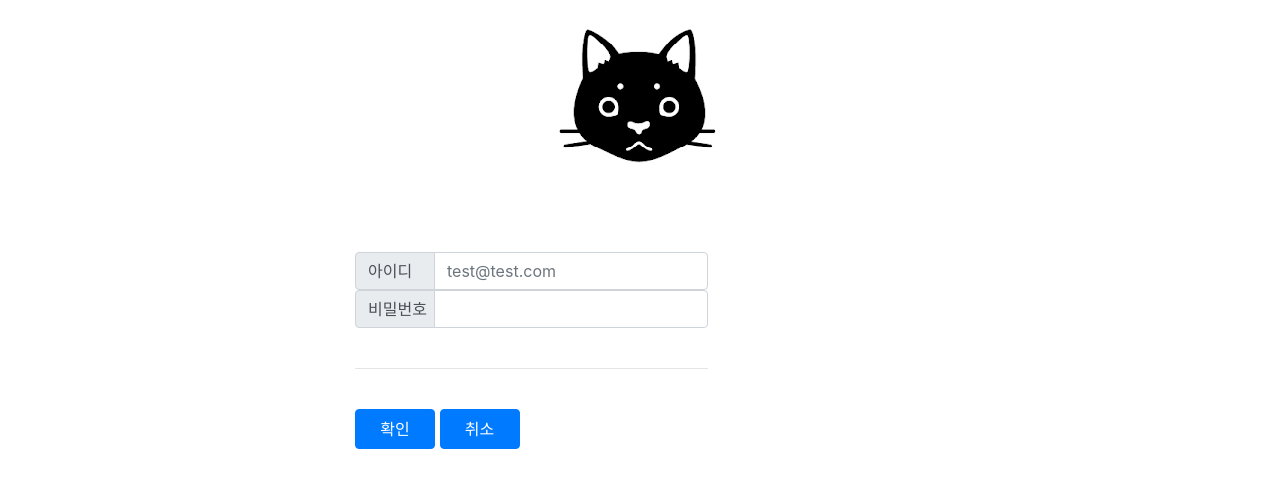
Repository: 0deepsleep/SpringMVCStudy
Page: http://localhost/TestProject/joinCheck.jsp
The author's editor kept a copy of each file at every save. The page is drawn from the files as they stood at one save, then again after the next save.
The browser window is 1280 px wide. The pictures show the whole page.
The page is served by Tomcat 9.

Above is the page before, as saved 2019-06-14 09:53:35.

### TestProject/WebContent/joinCheck.jsp
<%@ page contentType="text/html; charset=UTF-8"%>
<%@ taglib prefix="c" uri="http://java.sun.com/jsp/jstl/core" %>
<%
	request.setCharacterEncoding("UTF-8");
	String cp = request.getContextPath();
%>
<!DOCTYPE html>
<html>
<head>
<meta charset="UTF-8">
<title>joinCheck.jsp</title>
<link rel="stylesheet" href="https://stackpath.bootstrapcdn.com/bootstrap/4.3.1/css/bootstrap.min.css">
<style type="text/css">
	.bolck
	{
		width: 80px;
	}

	.btn
	{
		text-align: center;
		width: 80px;
		height: 40px
	}


	#err
	{
		display: none;
		color: red;
		font-size: small;
	}

	*{text-align:left;}

</style>
<script type="text/javascript" src="https://ajax.googleapis.com/ajax/libs/jquery/3.4.1/jquery.min.js"></script>
<script type="text/javascript">

	$(document).ready(function()
	{
		$("#btn").click(function()
		{

			$("#err").css("display", "none");

			if($("#userPwd").val()=="")
			{
				$("#err").css("display", "inline");
				return;
			}

			$("#memberForm").submit();

		});


	});
</script>
</head>
<body>

<div class="text-center container">
	<img src="<%=cp %>/img/cat.png" class="rounded" alt="" >
  <div class="row" style="margin-top: 60px;">
  	<div class="col-md-6- offset-md-3">
  		<div class="input-group" id="memberForm">
	  		<div class="input-group-prepend">
		    	<span class="input-group-text bolck">아이디</span>
		    </div>
		  <input type="text" id="userId" name="userId" class="form-control"
		  required="required" placeholder="test@test.com">
		    </div>

		<div class="input-group" id="memberForm">
	  		<div class="input-group-prepend">
		    	<span class="input-group-text bolck">비밀번호</span>
		    </div>
		  	<input type="password" id="userPwd" name="userPwd" class="form-control"
		  required="required" >
		</div>
		<span id="err">패스워드를 입력하세요.</span>


		<br><hr /><br>
		<button type="button" id="btn" name="btn" class="btn-primary btn">확인</button>
		<button type="button" id="btn" name="btn" class="btn-primary btn">취소</button>


	</div>
  </div>
</div>

</body>
</html>

After the next save:
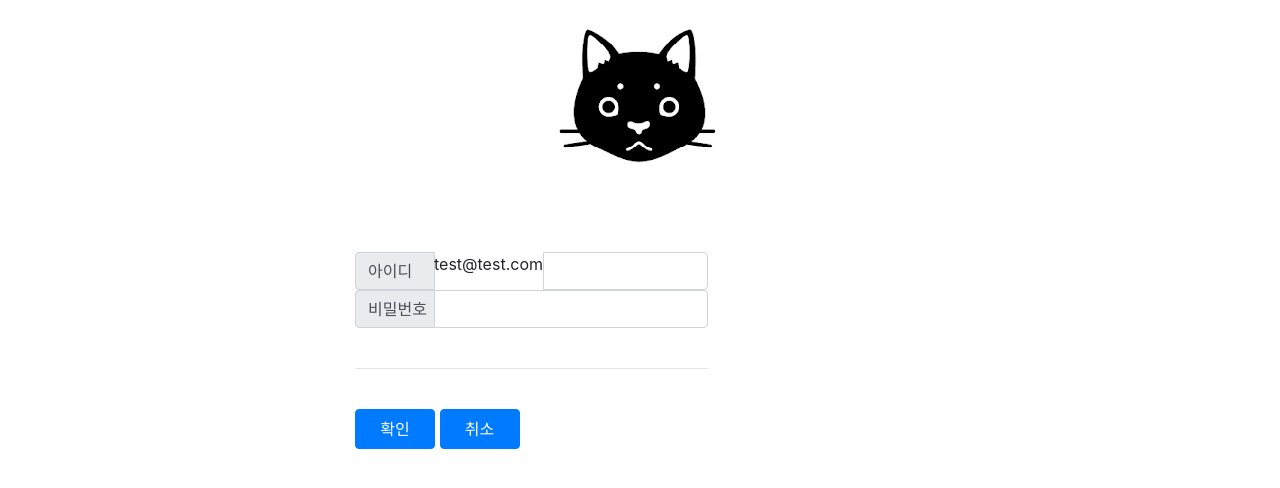
Saved 42 s later.
--- a/TestProject/WebContent/joinCheck.jsp
+++ b/TestProject/WebContent/joinCheck.jsp
@@ -68,7 +68,7 @@
 	  		<div class="input-group-prepend">
 		    	<span class="input-group-text bolck">아이디</span>
 		    </div>
-		  <input type="text" id="userId" name="userId" class="form-control"
+		  test@test.com<type="text" id="userId" name="userId" class="form-control"
 		  required="required" placeholder="test@test.com">
 		    </div>
 
